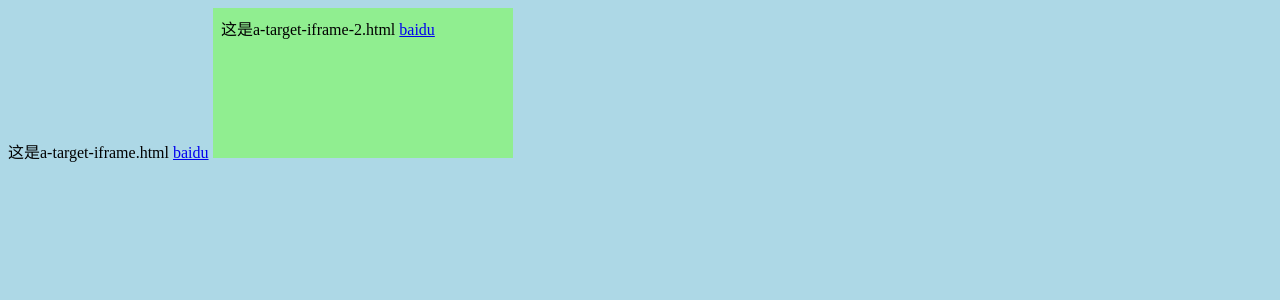
Repository: Lixianlai-2/html-demo-1
Page: a-target-iframe.html
An editor plug-in stored every save of this project. The page is shown before and after the next save, followed by the edit.
The browser window is 1280 px wide. The pictures show the whole page.

Above is the page before, as saved 2021-11-27 12:31:54.

### a-target-iframe.html
<!DOCTYPE html>
<html lang="en">
  <head>
    <meta charset="UTF-8" />
    <meta http-equiv="X-UA-Compatible" content="IE=edge" />
    <meta name="viewport" content="width=device-width, initial-scale=1.0" />
    <title>Document</title>
  </head>
  <body style="background-color: lightblue">
    这是a-target-iframe.html

    <!-- _top会直接在当前页面跳转，而不是按照a-target.html中的_blank打开新页面 -->
    <a href="//baidu.com" target="_top">baidu</a>

    <iframe src="/a-target-iframe-2.html" frameborder="0"></iframe>
  </body>
</html>

### a-target-iframe-2.html
<!DOCTYPE html>
<html lang="en">
  <head>
    <meta charset="UTF-8" />
    <meta http-equiv="X-UA-Compatible" content="IE=edge" />
    <meta name="viewport" content="width=device-width, initial-scale=1.0" />
    <title>Document</title>
  </head>
  <body style="background-color: lightgreen">
    这是a-target-iframe-2.html
    <a href="//baidu.com" target="_parent">baidu</a>
  </body>
</html>

After the next save:
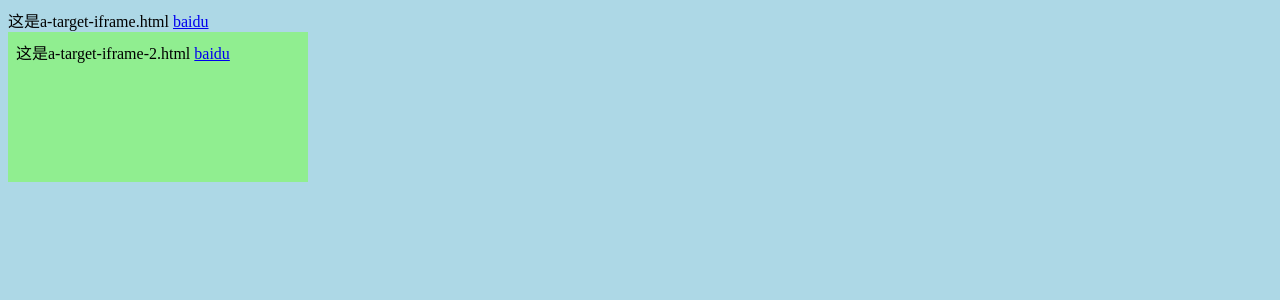
Saved 44 s later.
--- a/a-target-iframe.html
+++ b/a-target-iframe.html
@@ -6,7 +6,7 @@
     <meta name="viewport" content="width=device-width, initial-scale=1.0" />
     <title>Document</title>
   </head>
-  <body style="background-color: lightblue">
+  <body style="background-color: lightblue; width: 300px; height: 300px">
     这是a-target-iframe.html
 
     <!-- _top会直接在当前页面跳转，而不是按照a-target.html中的_blank打开新页面 -->

After the save that followed:
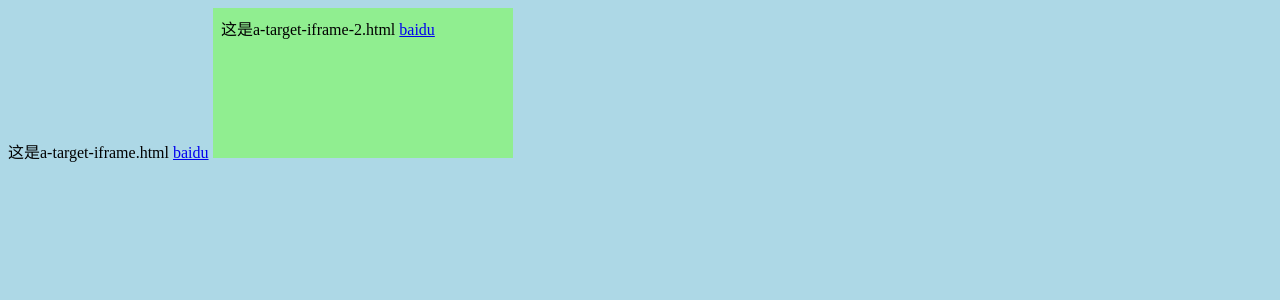
Saved 16 s later.
--- a/a-target-iframe.html
+++ b/a-target-iframe.html
@@ -6,7 +6,7 @@
     <meta name="viewport" content="width=device-width, initial-scale=1.0" />
     <title>Document</title>
   </head>
-  <body style="background-color: lightblue; width: 300px; height: 300px">
+  <body style="background-color: lightblue">
     这是a-target-iframe.html
 
     <!-- _top会直接在当前页面跳转，而不是按照a-target.html中的_blank打开新页面 -->
